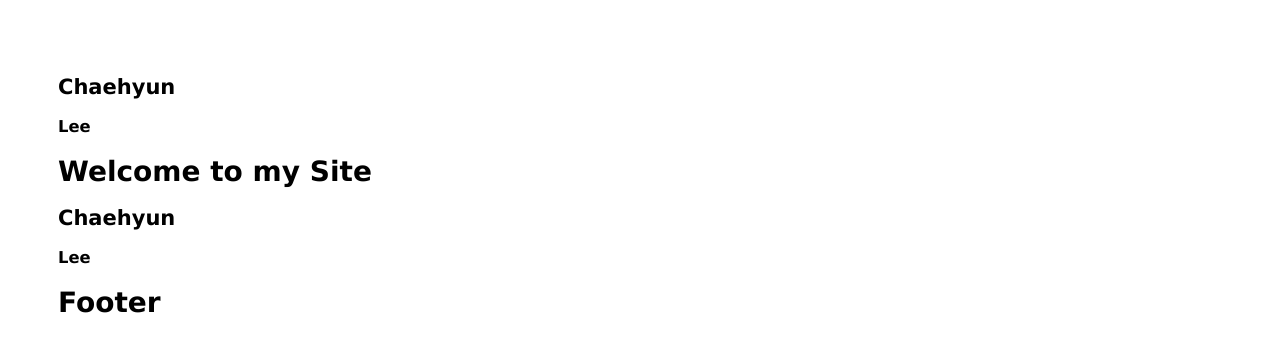
Repository: AndyLeeJP/COMP229Assignment2
Page: http://localhost/
An editor plug-in stored every save of this project. The page is shown before and after the next save, followed by the edit.
The browser window is 1280 px wide. The pictures show the whole page.
The page is served by the project's Node server (server.js).

Above is the page before, as saved 2021-06-02 21:45:51.

### views/index.ejs
<!DOCTYPE html>
<html>
  <head>
    <title><%= title %></title>
    <link rel='stylesheet' href='/stylesheets/style.css' />
  </head>
  <body>
    <header>
      <%- include("components/header.ejs"); %>
    </header>

    <main>
      <%- include("content/" + page + ".ejs"); %>
    </main>

    <footer>
      <%- include("components/footer.ejs"); %>
    </footer>
  </body>
</html>

### views/components/header.ejs
<h2>Chaehyun</h2>
<h3>Lee</h3>

### views/content/home.ejs
<h1>Welcome to my Site</h1>
<h2>Chaehyun</h2>
<h3>Lee</h3>

### server.js
/**
 * Module dependencies.
 */

var app = require('./app');
var debug = require('debug')('comp229assignment1:server');
var http = require('http');

/**
 * Get port from environment and store in Express.
 */

var port = normalizePort(process.env.PORT || '3000');
app.set('port', port);

/**
 * Create HTTP server.
 */

var server = http.createServer(app);

/**
 * Listen on provided port, on all network interfaces.
 */

server.listen(port);
server.on('error', onError);
server.on('listening', onListening);

/**
 * Normalize a port into a number, string, or false.
 */

function normalizePort(val) {
  var port = parseInt(val, 10);

  if (isNaN(port)) {
    // named pipe
    return val;
  }

  if (port >= 0) {
    // port number
    return port;
  }

  return false;
}

/**
 * Event listener for HTTP server "error" event.
 */

function onError(error) {
  if (error.syscall !== 'listen') {
    throw error;
  }

  var bind = typeof port === 'string'
    ? 'Pipe ' + port
    : 'Port ' + port;

  // handle specific listen errors with friendly messages
  switch (error.code) {
    case 'EACCES':
      console.error(bind + ' requires elevated privileges');
      process.exit(1);
      break;
    case 'EADDRINUSE':
      console.error(bind + ' is already in use');
      process.exit(1);
      break;
    default:
      throw error;
  }
}

/**
 * Event listener for HTTP server "listening" event.
 */

function onListening() {
  var addr = server.address();
  var bind = typeof addr === 'string'
    ? 'pipe ' + addr
    : 'port ' + addr.port;
  debug('Listening on ' + bind);
}

### routes/index.js
var express = require('express');
var router = express.Router();

/* GET home page. */
router.get('/', function(req, res, next) {
  res.render('index', { title: 'Express', page: 'home' });
});

router.get('/about', function(req, res, next) {
  res.render('index', { title: 'About Me', page: 'about' });
});

module.exports = router;

### app.js
var createError = require('http-errors');
var express = require('express');
var path = require('path');
var cookieParser = require('cookie-parser');
var logger = require('morgan');

var indexRouter = require('./routes/index');

var app = express();

// view engine setup
app.set('views', path.join(__dirname, 'views'));
app.set('view engine', 'ejs');

app.use(logger('dev'));
app.use(express.json());
app.use(express.urlencoded({ extended: false }));
app.use(cookieParser());
app.use(express.static(path.join(__dirname, 'public')));

app.use('/', indexRouter);

// catch 404 and forward to error handler
app.use(function(req, res, next) {
  next(createError(404));
});

// error handler
app.use(function(err, req, res, next) {
  // set locals, only providing error in development
  res.locals.message = err.message;
  res.locals.error = req.app.get('env') === 'development' ? err : {};

  // render the error page
  res.status(err.status || 500);
  res.render('error');
});

module.exports = app;

Loaded but not shown: views/components/footer.ejs (common file); public/stylesheets/style.css (common file)

After the next save:
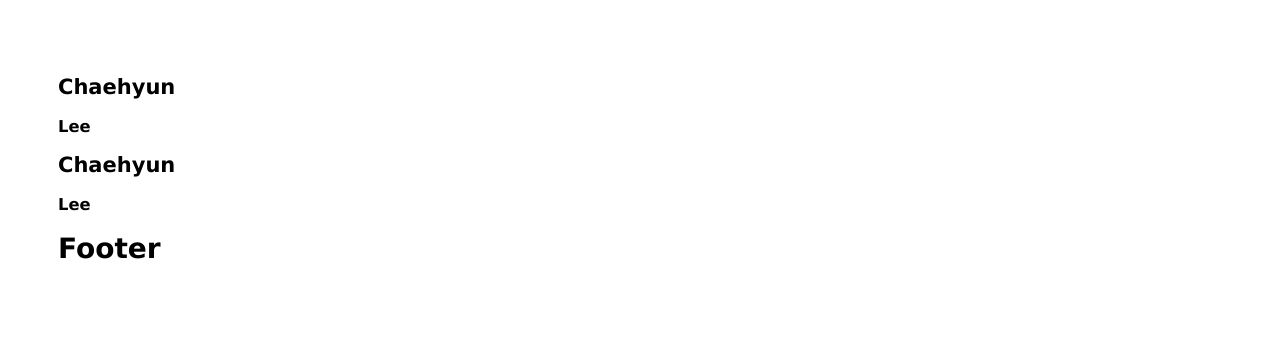
Saved 20 s later.
--- a/views/content/home.ejs
+++ b/views/content/home.ejs
@@ -1,3 +1,3 @@
-<h1>Welcome to my Site</h1>
+
 <h2>Chaehyun</h2>
 <h3>Lee</h3>
